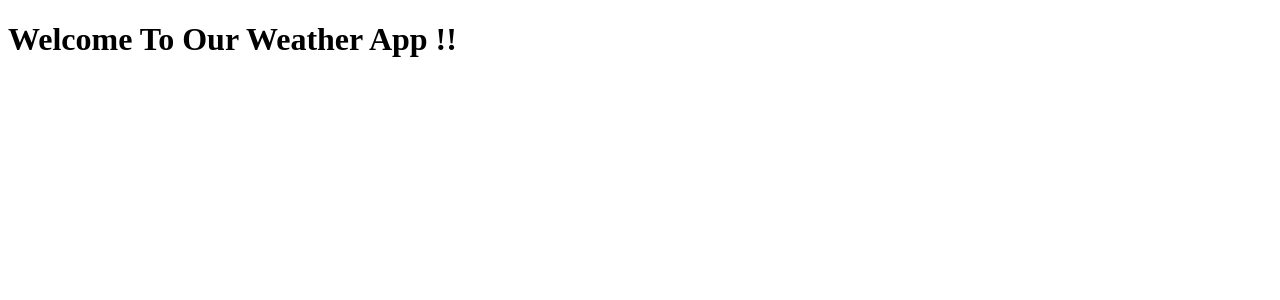
Repository: yashgajananshete/Weather-APP
Page: WeatherApp/build/classes/MyPackage/webapp/index.html
An editor plug-in stored every save of this project. The page is shown before and after the next save, followed by the edit.
The browser window is 1280 px wide. The pictures show the whole page.

Above is the page before, as saved 2023-12-26 18:37:15.

### WeatherApp/build/classes/MyPackage/webapp/index.html
<!DOCTYPE html>
<html>
<head>
<meta charset="UTF-8">
<title>Weather App</title>
</head>
<body>
	<h1>Welcome To Our Weather App !!</h1>
</body>
</html>

After the next save:
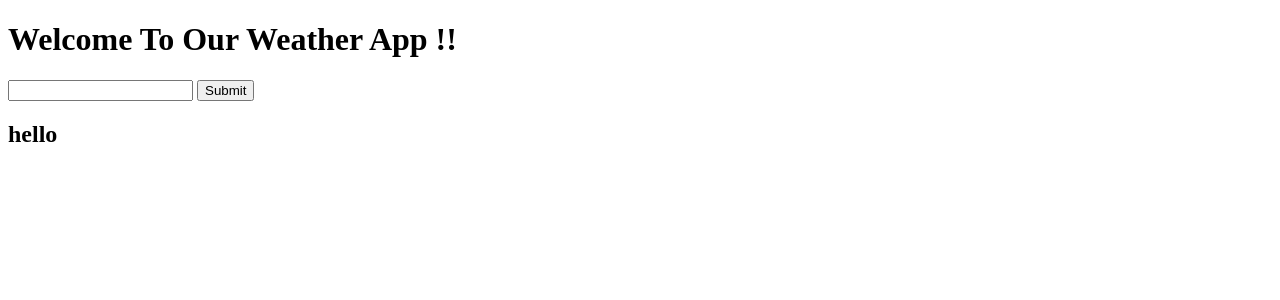
Saved 2 min 32 s later.
--- a/WeatherApp/build/classes/MyPackage/webapp/index.html
+++ b/WeatherApp/build/classes/MyPackage/webapp/index.html
@@ -6,5 +6,10 @@
 </head>
 <body>
 	<h1>Welcome To Our Weather App !!</h1>
+	<form action="">
+	<input></input>
+	<button>Submit</button>
+	<h2>hello</h2>
+	</form>
 </body>
 </html>
